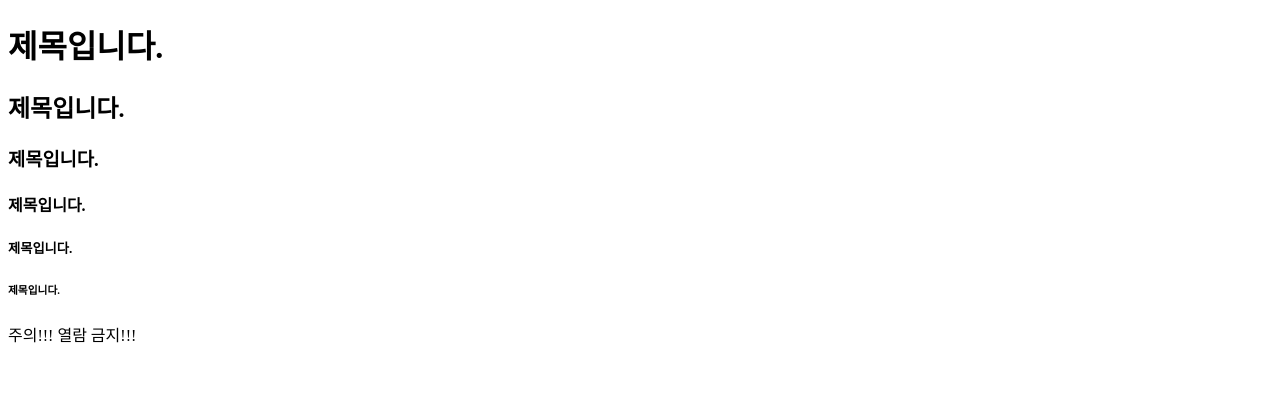
Repository: ssj5037/Class-Study
Page: [5] HTML, CSS, JavaScript/ClientTest/WebContent/Ex07_head.html
These files come from the project's save history. The page is drawn as it stood at one moment and after the next save; the edit follows.
The browser window is 1280 px wide. The pictures show the whole page.

Above is the page before, as saved 2020-06-18 08:29:54.

After the next save:
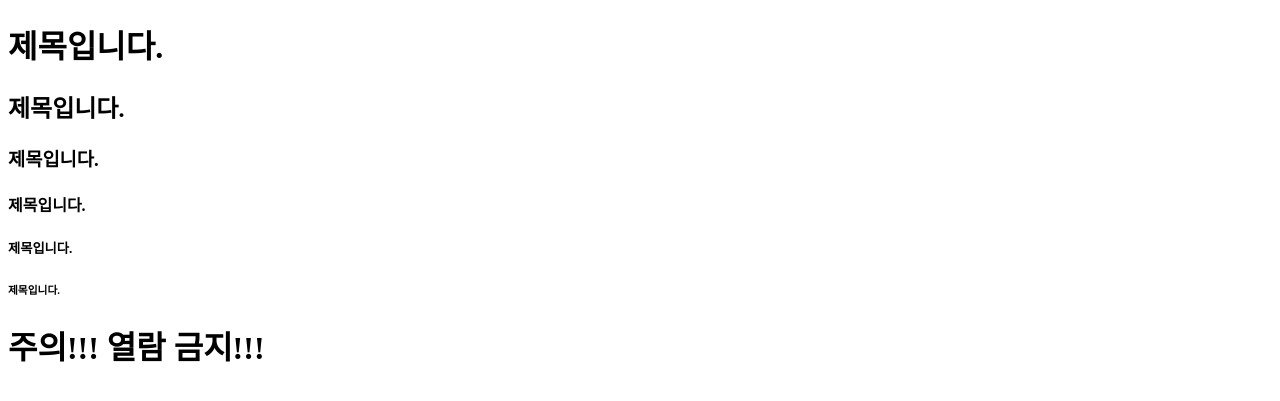
Saved 14 s later.
--- a/[5] HTML, CSS, JavaScript/ClientTest/WebContent/Ex07_head.html
+++ b/[5] HTML, CSS, JavaScript/ClientTest/WebContent/Ex07_head.html
@@ -24,7 +24,7 @@
 	<h5>제목입니다.</h5>
 	<h6>제목입니다.</h6>
 
-	주의!!! 열람 금지!!!
+	<h1>주의!!! 열람 금지!!!</h1>
 
 </body>
 </html>
